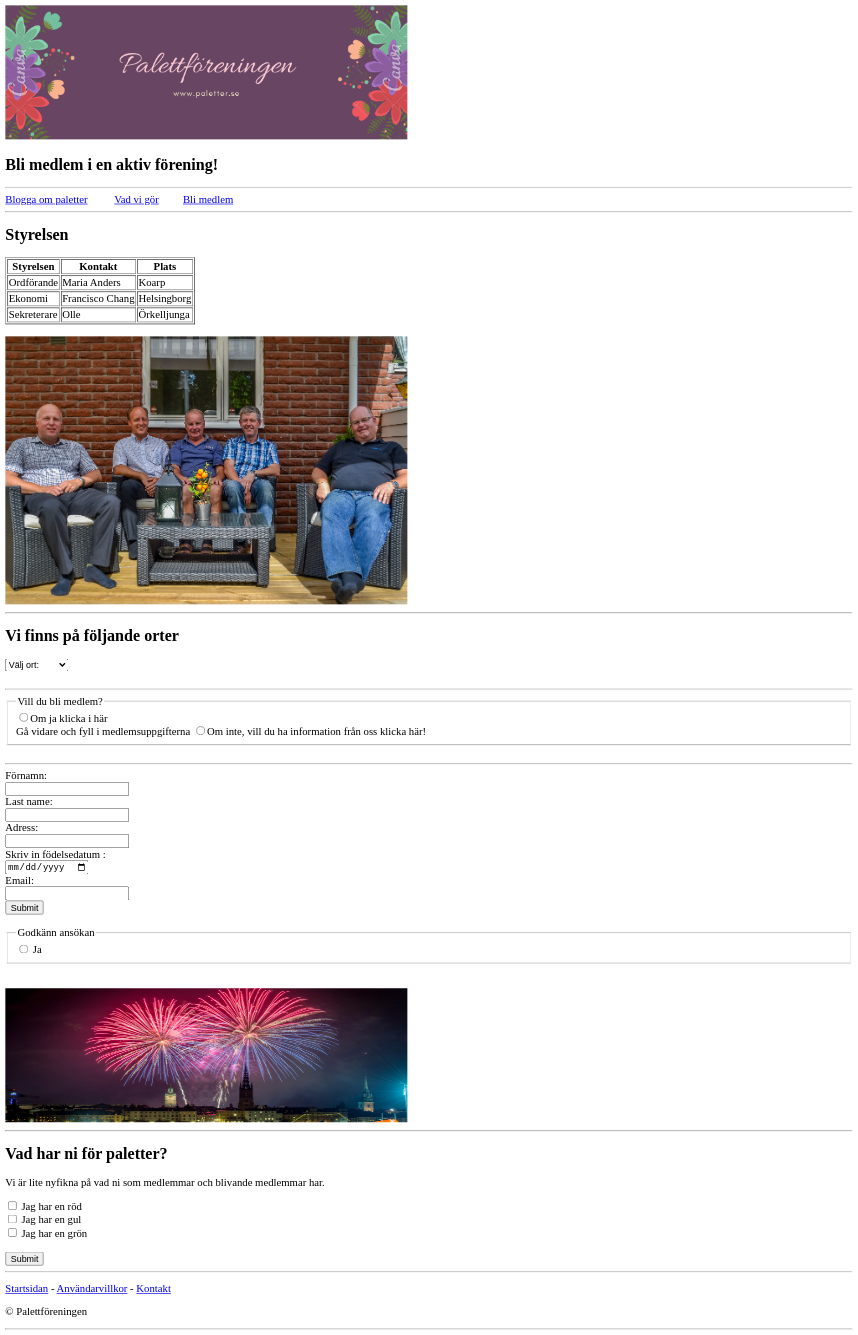
Repository: Webutveckling-20-21/Uppgift-1
Page: medlemskap.html
The author's editor kept a copy of each file at every save. The page is drawn from the files as they stood at one save, then again after a run of saves.
The browser window is 1280 px wide. The pictures show the whole page, at 67% of full size.

Above is the page before, as saved 2021-09-08 16:11:41.

### medlemskap.html
<!DOCTYPE html>
<html lang="en">

<head>
    <meta charset="UTF-8">
    <meta name="viewport" content="width=device-width, initial-scale=1.0">
    <title>Palettföreningen</title>
</head>

<body>
    <header>
        <img src="images/ban.png" width="600" alt="Banner">

    </header>
    <nav>
        <h1>Bli medlem i en aktiv förening!</h1>
        <hr>
        <a href="blogg.html">Blogga om paletter</a> &nbsp;&nbsp;&nbsp;&nbsp;&nbsp;&nbsp;&nbsp;&nbsp; <a
            href="verksamheten.html">Vad vi gör</a>&nbsp;&nbsp;&nbsp;&nbsp;&nbsp;&nbsp;&nbsp;&nbsp;
        <a href="medlemskap.html">Bli medlem</a>
    </nav>
    <hr>
    <main>
        <h2>Styrelsen</h2>

        <table border="1">
            <tr>
                <th>Styrelsen</th>
                <th>Kontakt</th>
                <th>Plats</th>
            </tr>
            <tr>
                <td>Ordförande</td>
                <td>Maria Anders</td>
                <td>Koarp</td>
            </tr>
            <tr>
                <td>Ekonomi</td>
                <td>Francisco Chang</td>
                <td>Helsingborg</td>
            </tr>
            <tr>
                <td>Sekreterare</td>
                <td>Olle</td>
                <td>Örkelljunga</td>
            </tr>
        </table> <br>
        <img src="images/Bild-Styrelse-2012.jpg" width="600" height="auto" alt="styrelsen">
        <hr>
        <h2>Vi finns på följande orter</h2>

        <!--En form där du kan se de orter som föreningen finns-->
        <section style="width:200px;">
            <select>
                <option value="0">Välj ort:</option>
                <option value="1">Helsingborg</option>
                <option value="2">Laholm</option>
                <option value="2">Örkeljunga</option>
            </select>
        </section> <br>
        <hr>

        <form method="post">
            <fieldset>
                <legend>Vill du bli medlem?</legend>
                <label><input type="radio" name="radio">Om ja klicka i här</label><br>
                Gå vidare och fyll i medlemsuppgifterna</a>
                <label><input type="radio" name="radio">Om inte, vill du ha information från oss klicka här!</label>
            </fieldset> <br>
            <hr>
            <label for="fname">Förnamn:</label><br>
            <input type="text" name="text" value=""><br>
            <label for="lname">Last name:</label><br>
            <input type="text" name="text" value=""><br>
            <label for="text">Adress:</label><br>
            <input type="text" name="text" value=""><br>
            Skriv in födelsedatum : <br> <input type="date"><br>
            <label for="email">Email:</label><br>
            <input type="email" name="email" maxlength="20" multiple> <br>
            <input type="submit" value="Submit"> <br><br>
            <fieldset>

                <legend>Godkänn ansökan</legend>
                <label><input type="radio" name="radio"> Ja</label>
            </fieldset> <br>

        </form> <br>
        <img src="images/fyr.webp" width="600" height="200" alt="Firande">


    </main>
    <hr>
    <aside>
        <h2>Vad har ni för paletter?</h2>
        <p>Vi är lite nyfikna på vad ni som medlemmar och blivande medlemmar har.</p>

        <form>
            <input type="checkbox" id="red" name="red" value="red">
            <label for="red"> Jag har en röd</label><br>
            <input type="checkbox" id="yellow" name="yellow" value="yellow">
            <label for="yellow">Jag har en gul</label><br>
            <input type="checkbox" id="green" name="green" value="green">
            <label for="green"> Jag har en grön</label><br><br>
            <input type="submit" value="Submit">
        </form>




    </aside>
    <hr>
    <footer>
        <nav>
            <p>
                <a href="blogg.html">Startsidan</a> -
                <a href="villkor.html">Användarvillkor</a> -
                <a href="kontakt.html">Kontakt</a>
            </p>
        </nav>
        <p> &copy; Palettföreningen</p>

    </footer>
    <hr>

</body>


</html>

After the next 2 saves:
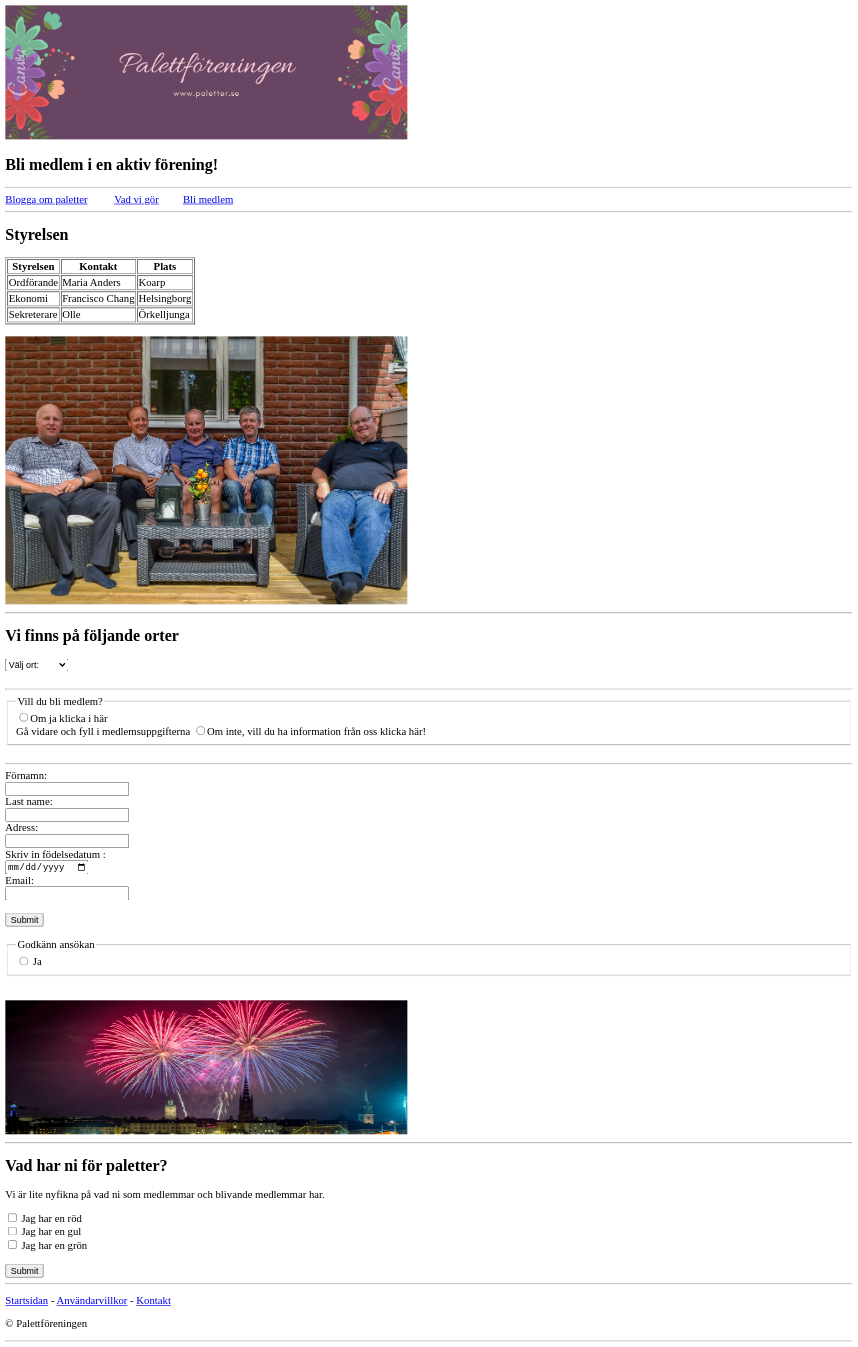
The 2 saves are shown as one change because they came seconds apart.
The last was saved 17 s later.
--- a/medlemskap.html
+++ b/medlemskap.html
@@ -76,7 +76,7 @@
             <input type="text" name="text" value=""><br>
             Skriv in födelsedatum : <br> <input type="date"><br>
             <label for="email">Email:</label><br>
-            <input type="email" name="email" maxlength="20" multiple> <br>
+            <input type="email" name="email" maxlength="20" multiple> <br> <br>
             <input type="submit" value="Submit"> <br><br>
             <fieldset>
 
